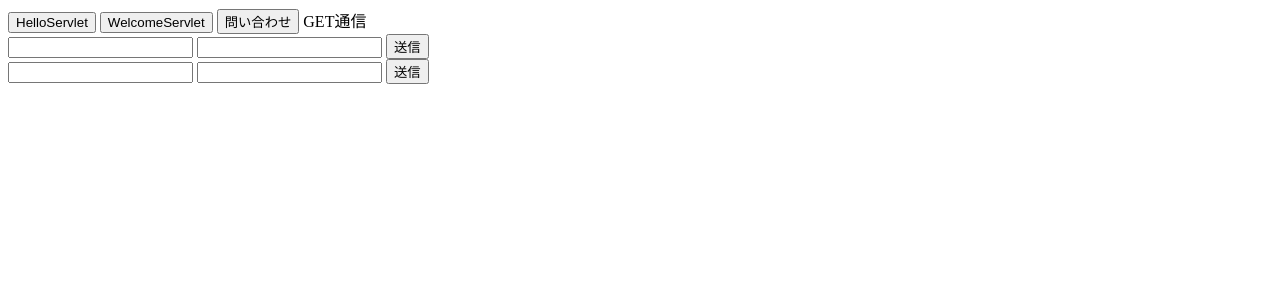
Repository: yukisu18/test
Page: http://localhost/Hello_Servlet/
These files come from the project's save history. The page is drawn as it stood at one moment and after the next save; the edit follows.
The browser window is 1280 px wide. The pictures show the whole page.
The page is served by Tomcat 9. Other server files are loaded and not shown.

Above is the page before, as saved 2018-12-14 11:06:11.
Console error (its wording comes from the project's code and is left out).

### HelloServlet/Hello Servlet/WebContent/index.jsp
<%@ page language="java" contentType="text/html; charset=UTF-8"
	pageEncoding="UTF-8"%>
<!DOCTYPE html>
<html>
<head>
<meta charset="UTF-8">
<title>HelloServlet</title>
</head>
<body>
	<input type="button" value="HelloServlet"
		onClick="location.href='HelloServlet'">
	<input type="button" value="WelcomeServlet"
		onClick="location.href='welcome.jsp'">
	<input type="button" value="問い合わせ" onClick="location.href='inquiry.jsp">

	GET通信
	<form method="get" action="TestServlet">
		<input type="text" name="username"> <input type="password"
			name="password"> <input type="submit" value="送信">
	</form>


	<form method="post" action="TestServlet">
		<input type="text" name="username"> <input type="password"
			name="password"> <input type="submit" value="送信">
	</form>

</body>
</html>

After the next save:
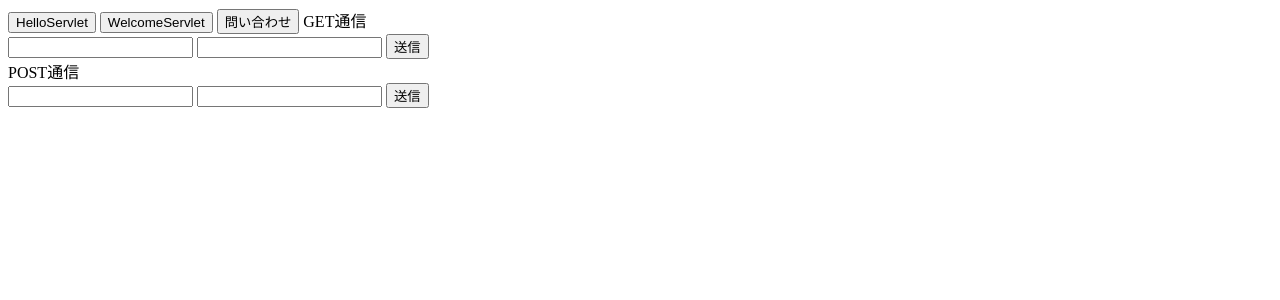
Saved 16 s later.
--- a/HelloServlet/Hello Servlet/WebContent/index.jsp
+++ b/HelloServlet/Hello Servlet/WebContent/index.jsp
@@ -19,7 +19,7 @@
 			name="password"> <input type="submit" value="送信">
 	</form>
 
-
+   POST通信
 	<form method="post" action="TestServlet">
 		<input type="text" name="username"> <input type="password"
 			name="password"> <input type="submit" value="送信">
